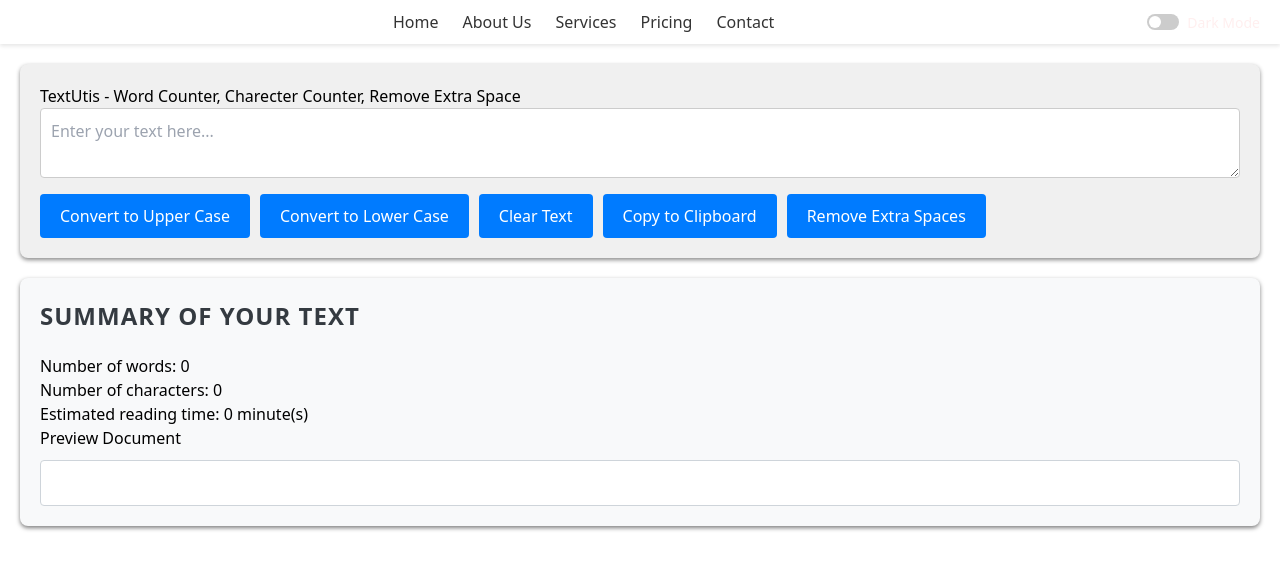
Repository: sriram1224/Text-converter
Page: /
These files come from the project's save history. The page is drawn as it stood at one moment and after the next save; the edit follows.
The browser window is 1280 px wide. The pictures show the whole page.
The project was rebuilt for these pictures with package versions that can differ from the ones it lists, and the page was loaded fresh each time. Also part of the build but not shown: src/App.css.

Above is the page before, as saved 2024-03-27 02:09:54.

After the next save:
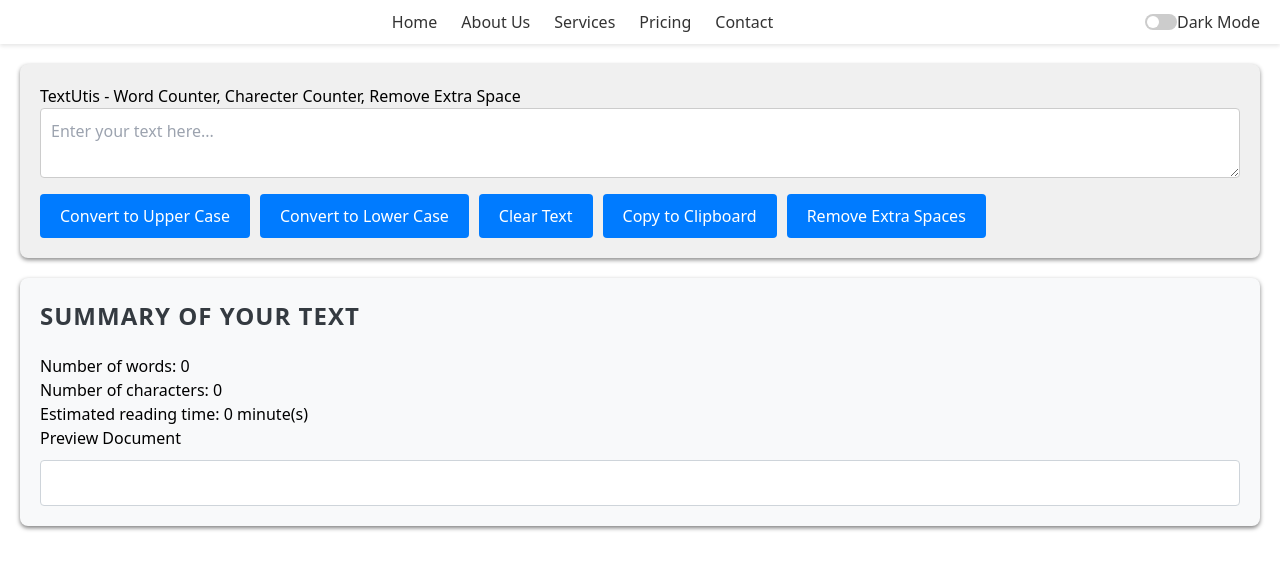
Saved 12 s later.
--- a/src/Navbar.css
+++ b/src/Navbar.css
@@ -107,7 +107,7 @@
     font-size: 14px;
     color: #000000;
 }
-.toggle-label ,dark {
+.toggle-label .dark {
     margin-left: 8px;
     font-size: 14px;
     color: #ffefef;
